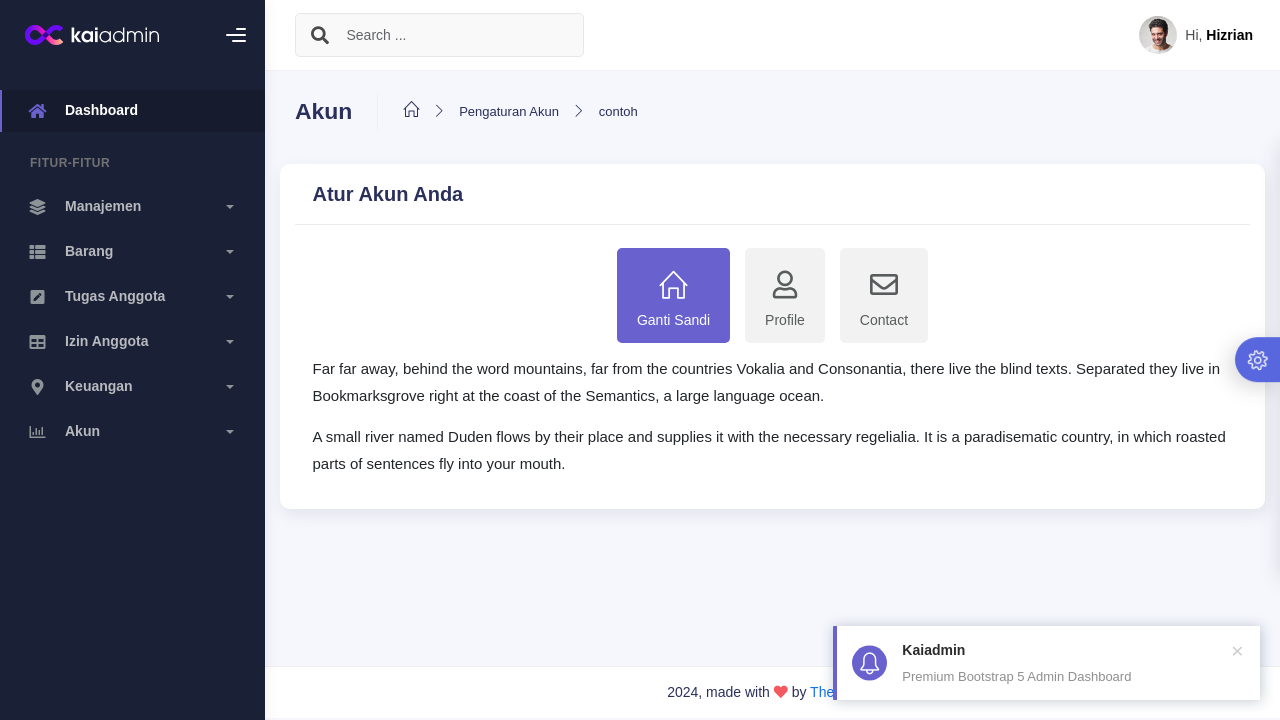
Repository: fatkquladhim/multimedia_laravel
Page: http://localhost/akun
These files come from the project's save history. The page is drawn as it stood at one moment and after the next save; the edit follows.
The browser window is 1280 px wide. The pictures show the whole page.
Some web fonts or font styles are not loaded; a fallback is used. The page is served by the project's Laravel application, run on PHP 8.4 with Laravel 12.

Above is the page before, as saved 2025-08-16 23:03:43.
Console error: ReferenceError: jsVectorMap is not defined

After the next save:
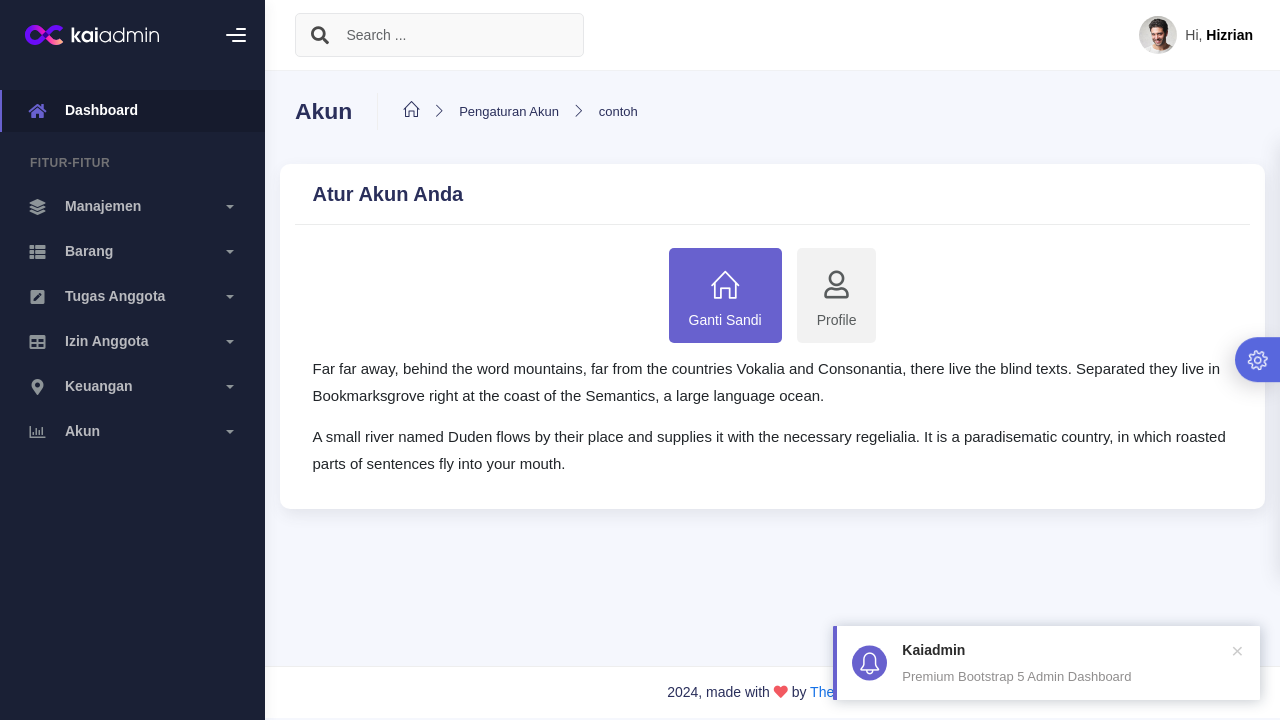
Saved 19 s later.
--- a/resources/views/akun/tampil.blade.php
+++ b/resources/views/akun/tampil.blade.php
@@ -42,12 +42,6 @@
                       Profile
                     </a>
                   </li>
-                  <li class="nav-item">
-                    <a class="nav-link" id="pills-contact-tab-icon" data-bs-toggle="pill" href="#pills-contact-icon" role="tab" aria-controls="pills-contact-icon" aria-selected="false">
-                      <i class="far fa-envelope"></i>
-                      Contact
-                    </a>
-                  </li>
                 </ul>
                 <div class="tab-content mt-2 mb-3" id="pills-with-icon-tabContent">
                   <div class="tab-pane fade show active" id="pills-home-icon" role="tabpanel" aria-labelledby="pills-home-tab-icon">
